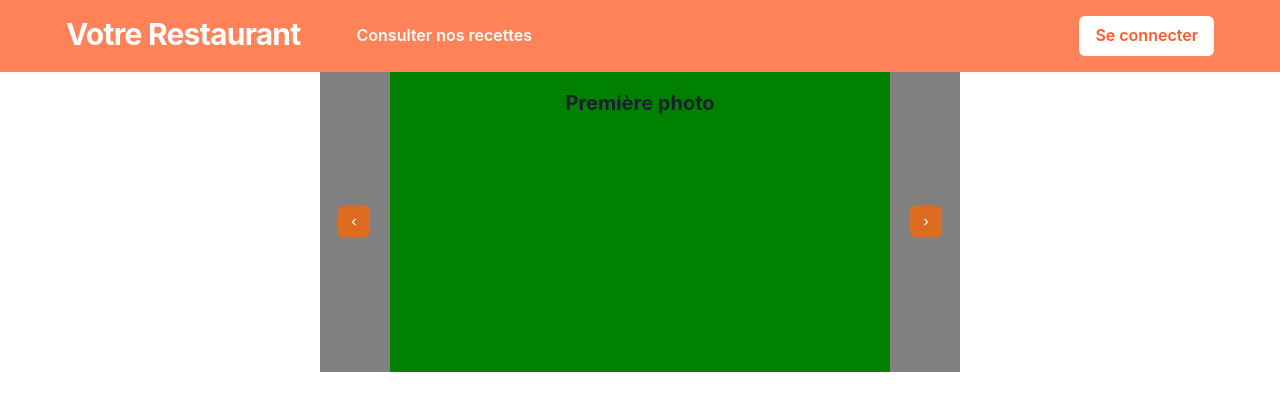
Repository: Ecaron76/tp-restau-next
Page: /
An editor plug-in stored every save of this project. The page is shown before and after the next save, followed by the edit.
The browser window is 1280 px wide. The pictures show the whole page.
The project was rebuilt for these pictures with package versions that can differ from the ones it lists, and the page was loaded fresh each time. The framework's server and built-in components were replaced by stand-ins that run in the browser. Also part of the build but not shown: next.config.mjs.

Above is the page before, as saved 2024-02-25 18:54:36.

After the next save:
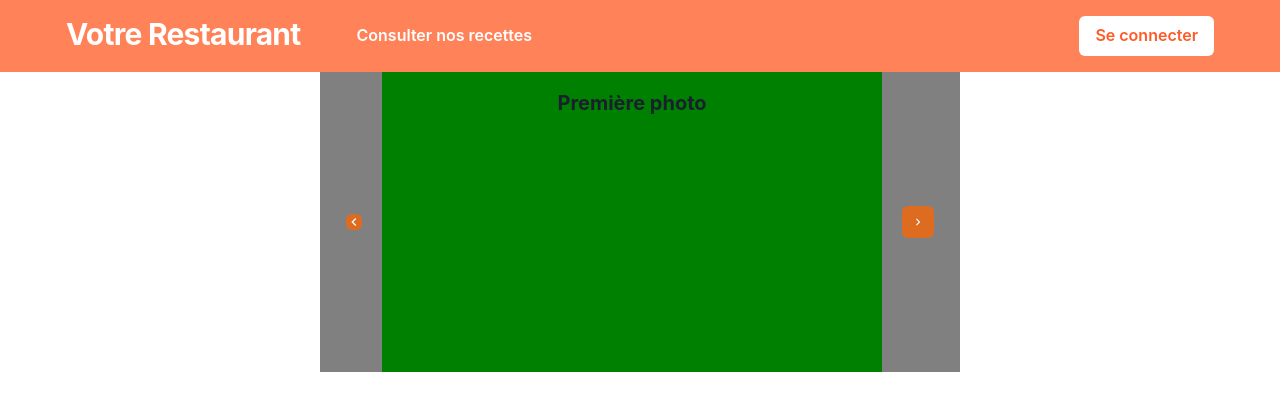
Saved 12 s later.
--- a/src/components/SliderResto/SliderResto.tsx
+++ b/src/components/SliderResto/SliderResto.tsx
@@ -23,7 +23,7 @@
           onClick={goToPrevSlide}
           icon={<ChevronLeftIcon />}
           colorScheme="orange"
-          size="sm"
+          size="xl"
           aria-label="Précédent"
         />
     <Box position="relative" textAlign="center" p={4} bg={'green'} width={'500px'} height={300}>

After the save that followed:
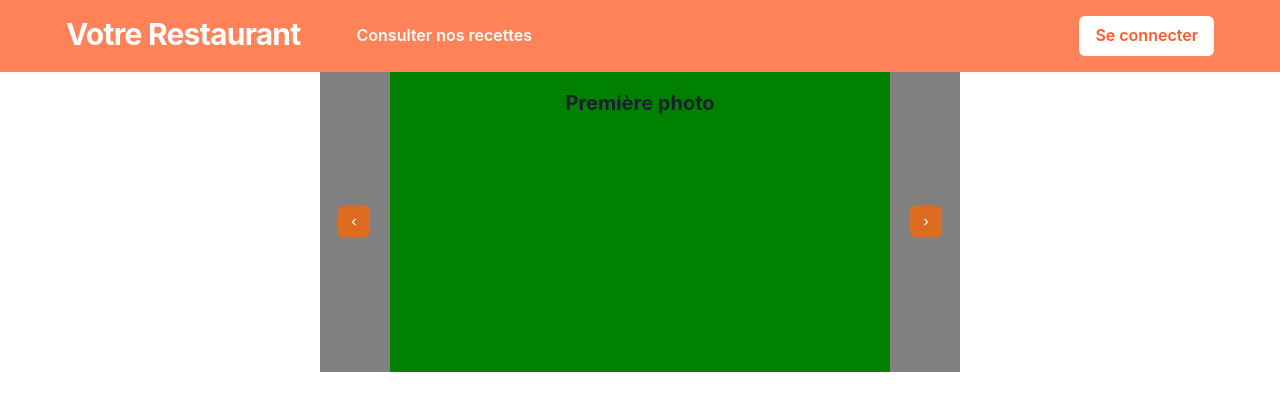
Saved 8 s later.
--- a/src/components/SliderResto/SliderResto.tsx
+++ b/src/components/SliderResto/SliderResto.tsx
@@ -23,7 +23,7 @@
           onClick={goToPrevSlide}
           icon={<ChevronLeftIcon />}
           colorScheme="orange"
-          size="xl"
+          size="sm"
           aria-label="Précédent"
         />
     <Box position="relative" textAlign="center" p={4} bg={'green'} width={'500px'} height={300}>
